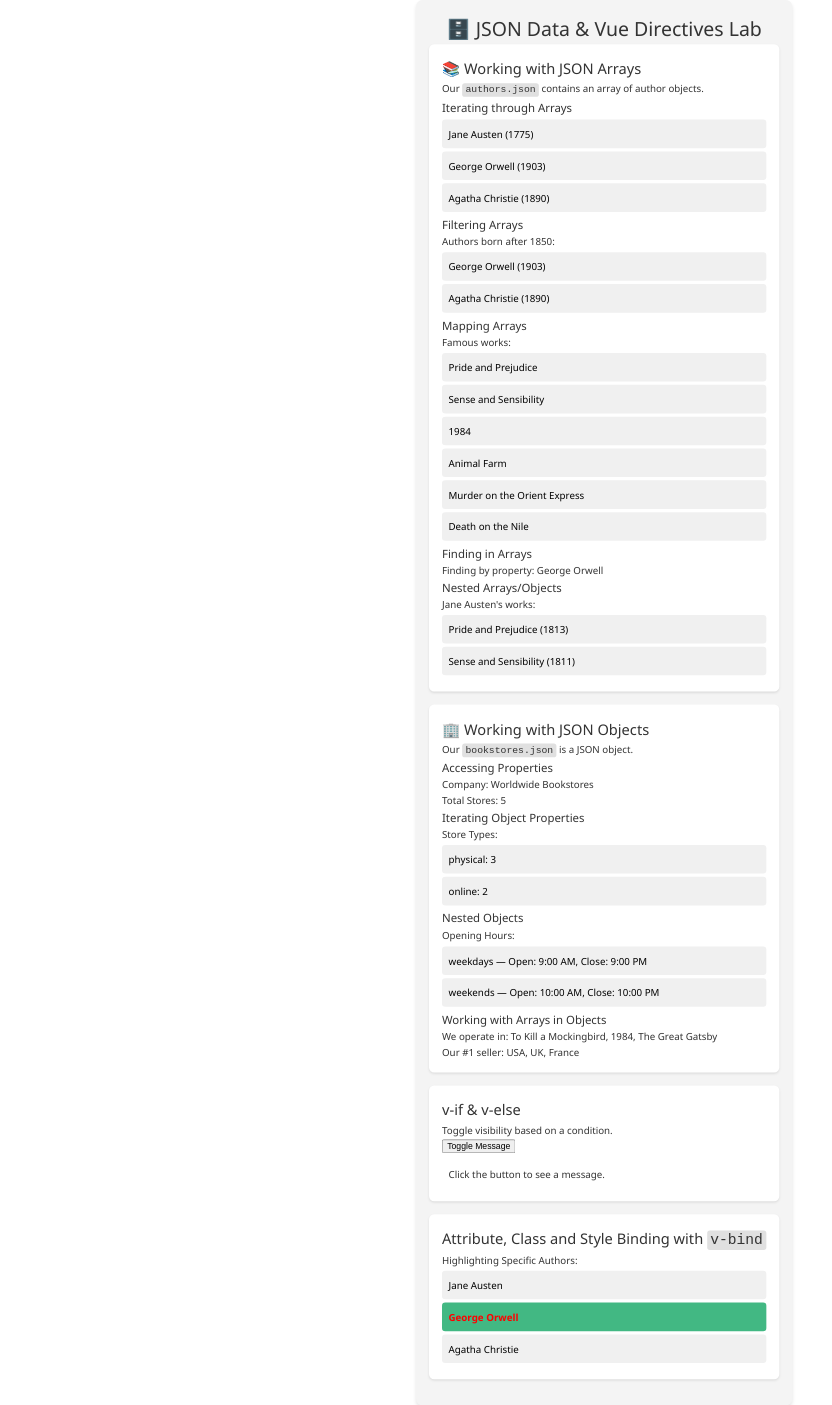
Repository: Andrew-JX/mji-library
Page: /
An editor plug-in stored every save of this project. The page is shown before and after the next save, followed by the edit.
The browser window is 1280 px wide. The pictures show the whole page, at 65% of full size.
The project was rebuilt for these pictures with package versions that can differ from the ones it lists, and the page was loaded fresh each time. Also part of the build but not shown: vite.config.js.

Above is the page before, as saved 2025-08-06 18:14:46.

After the next save:
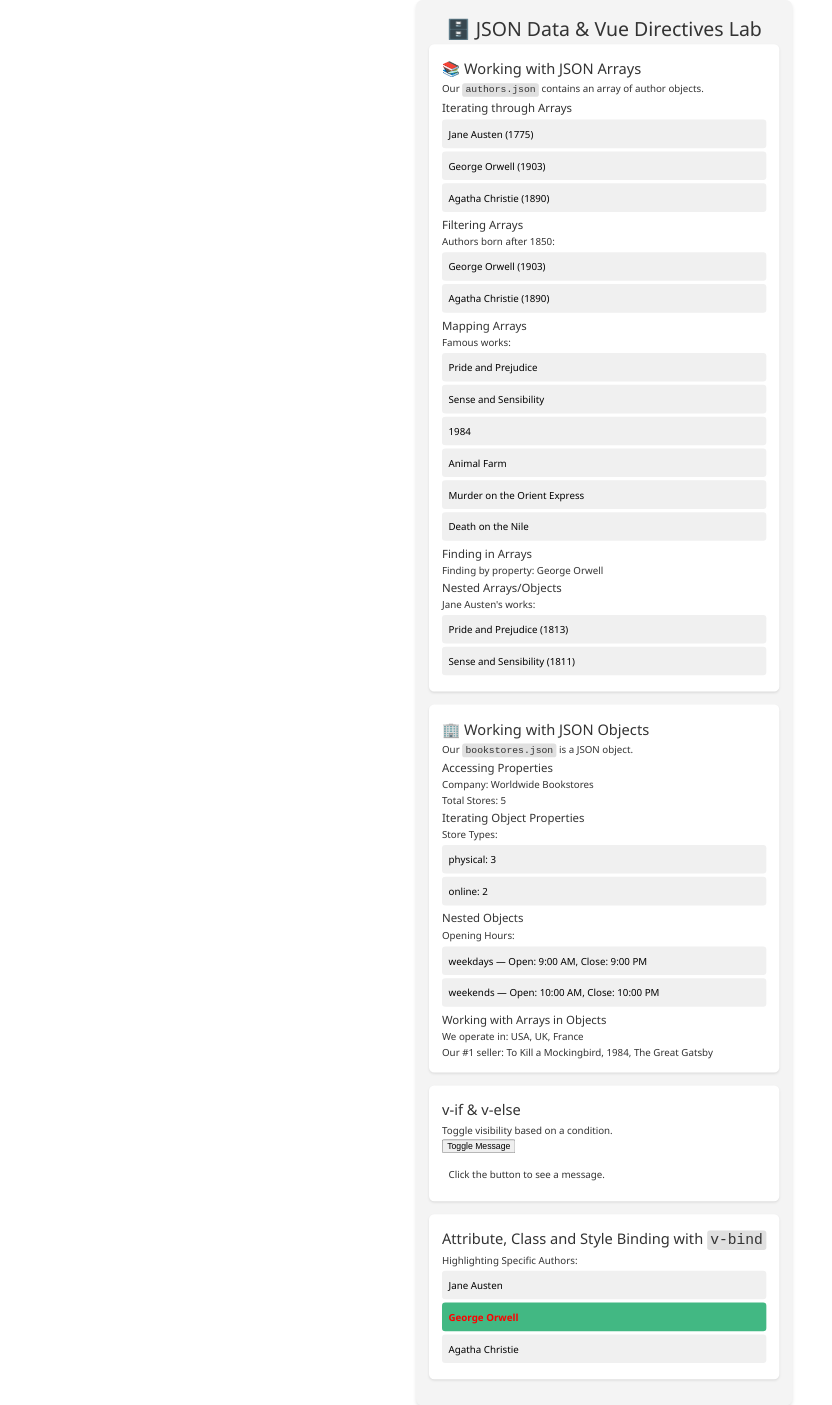
Saved 6 min 23 s later.
--- a/src/components/JSON.vue
+++ b/src/components/JSON.vue
@@ -87,8 +87,8 @@
       <h3>Working with Arrays in Objects</h3>
       <!-- Activity 12: Get the top sellers from the bookstores object. -->
       <!-- TODO: CODE TO GET TOP SELLERS HERE -->
-      <p>We operate in: {{ bookstores.topSellers.join(', ') }}</p>
-      <p>Our #1 seller: {{ bookstores.countries.join(', ') }}</p>
+      <p>We operate in: {{ bookstores.countries.join(', ') }}</p>
+      <p>Our #1 seller: {{ bookstores.topSellers.join(', ') }}</p>
     </section>
 
     <section class="lab-section">
